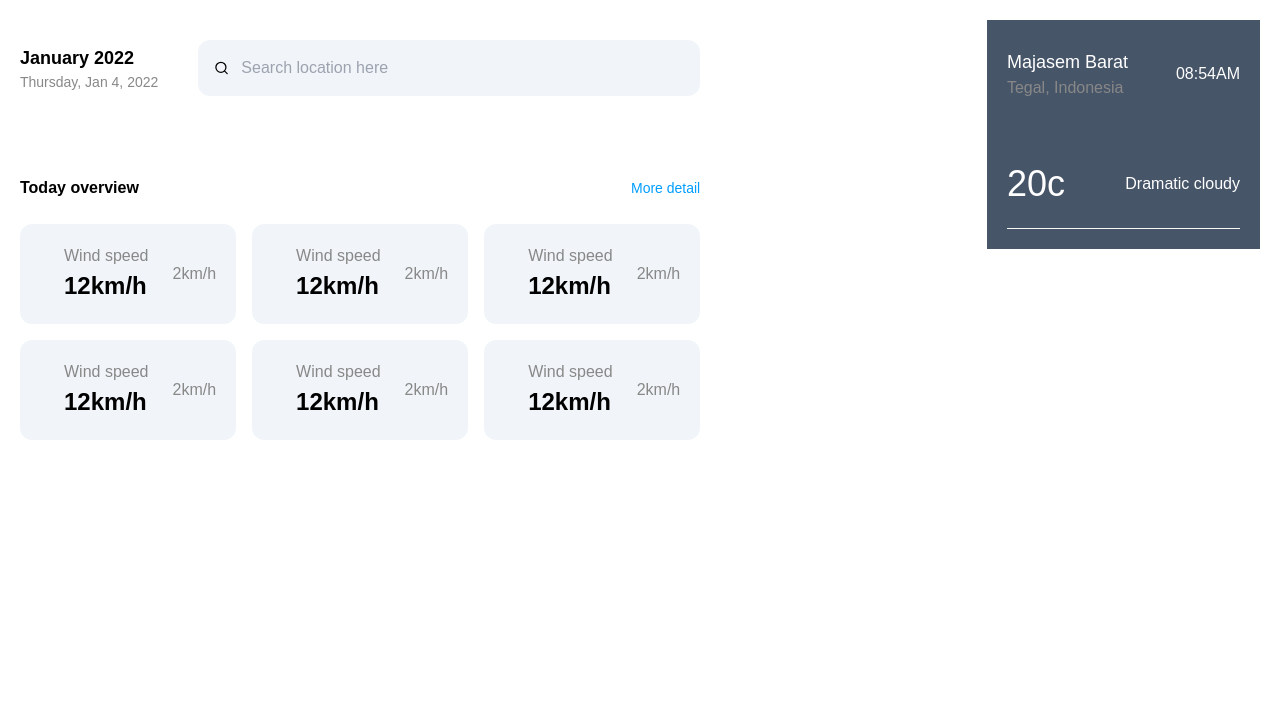
Repository: theweirdboiz/datawarehouse-ui
Page: /
The author's editor kept a copy of each file at every save. The page is drawn from the files as they stood at one save, then again after the next save.
The browser window is 1280 px wide. The pictures show the whole page.
The project was rebuilt for these pictures with package versions that can differ from the ones it lists, and the page was loaded fresh each time. Also part of the build but not shown: vite.config.js.

Above is the page before, as saved 2022-11-23 18:07:17.

### index.html
<!DOCTYPE html>
<html lang="en">
  <head>
    <meta charset="UTF-8" />
    <link rel="icon" type="image/svg+xml" href="/vite.svg" />
    <meta name="viewport" content="width=device-width, initial-scale=1.0" />
    <title>Weather - Datawarehouse</title>
  </head>
  <body>
    <div id="root"></div>
    <script type="module" src="/src/main.jsx"></script>
  </body>
</html>

### src/App.jsx
import { useState } from "react";
import { FiSearch } from "react-icons/fi";

function App() {
  const date = "font-[900] text-lg";
  const detailDate = "text-sm text-[#888]";

  const contentTop = "mt-[20px] flex items-center gap-x-10 mb-20";
  const contentSearch =
    "content__search p-4 flex items-center gap-x-3 flex-1 rounded-xl bg-slate-100";

  return (
    <div className="p-5 mx-auto max-w-7xl">
      <div className="flex justify-between">
        <section className="content max-w-3xl">
          <div className={contentTop}>
            <div className="flex-col">
              <h3 className={date}>January 2022</h3>
              <div className={detailDate}>Thursday, Jan 4, 2022</div>
            </div>
            <div className={contentSearch}>
              <FiSearch />
              <input
                className="w-full bg-transparent"
                type="text"
                placeholder="Search location here"
              />
            </div>
          </div>
          <div className="content__detail">
            <div className="flex items-center justify-between">
              <h4 className="font-semibold">Today overview</h4>
              <div className="">
                <button className="text-sm font-medium text-[#009EFF]">
                  More detail
                </button>
              </div>
            </div>
            <div>
              <div className="content__detail-box grid grid-cols-3 gap-4 mt-6">
                <div className="content__detail-item p-5 flex items-center gap-x-6 bg-slate-100 rounded-xl">
                  <i></i>
                  <div className="speed flex flex-col">
                    <h4 className="text-[#888]">Wind speed</h4>
                    <span className="text-[24px] font-semibold">12km/h</span>
                  </div>
                  <span className="text-[#888]">2km/h</span>
                </div>
                <div className="content__detail-item p-5 flex items-center gap-x-6 bg-slate-100 rounded-xl">
                  <i></i>
                  <div className="speed flex flex-col">
                    <h4 className="text-[#888]">Wind speed</h4>
                    <span className="text-[24px] font-semibold">12km/h</span>
                  </div>
                  <span className="text-[#888]">2km/h</span>
                </div>
                <div className="content__detail-item p-5 flex items-center gap-x-6 bg-slate-100 rounded-xl">
                  <i></i>
                  <div className="speed flex flex-col">
                    <h4 className="text-[#888]">Wind speed</h4>
                    <span className="text-[24px] font-semibold">12km/h</span>
                  </div>
                  <span className="text-[#888]">2km/h</span>
                </div>
                <div className="content__detail-item p-5 flex items-center gap-x-6 bg-slate-100 rounded-xl">
                  <i></i>
                  <div className="speed flex flex-col">
                    <h4 className="text-[#888]">Wind speed</h4>
                    <span className="text-[24px] font-semibold">12km/h</span>
                  </div>
                  <span className="text-[#888]">2km/h</span>
                </div>
                <div className="content__detail-item p-5 flex items-center gap-x-6 bg-slate-100 rounded-xl">
                  <i></i>
                  <div className="speed flex flex-col">
                    <h4 className="text-[#888]">Wind speed</h4>
                    <span className="text-[24px] font-semibold">12km/h</span>
                  </div>
                  <span className="text-[#888]">2km/h</span>
                </div>
                <div className="content__detail-item p-5 flex items-center gap-x-6 bg-slate-100 rounded-xl">
                  <i></i>
                  <div className="speed flex flex-col">
                    <h4 className="text-[#888]">Wind speed</h4>
                    <span className="text-[24px] font-semibold">12km/h</span>
                  </div>
                  <span className="text-[#888]">2km/h</span>
                </div>
              </div>
            </div>
          </div>
        </section>
        <section className="content__right text-white">
          <div className="bg-slate-600 p-5">
            <div className="flex items-center gap-x-12 justify-between mt-2 mb-5 ">
              <div className="flex flex-col">
                <h3 className="text-lg">Majasem Barat</h3>
                <span className="text-[#888]">Tegal, Indonesia</span>
              </div>
              <h4>08:54AM</h4>
            </div>
            <div className="mt-16 flex justify-between items-center border-b-[1px] border-[#f8f8f8] pb-6">
              <div className="">
                <h2 className="text-4xl">20c</h2>
              </div>
              <h3>Dramatic cloudy</h3>
            </div>
          </div>
        </section>
      </div>
    </div>
  );
}

export default App;

### src/index.scss
@tailwind base;
@tailwind components;
@tailwind utilities;

@layer base {
  @import url("https://fonts.googleapis.com/css2?family=Poppins:wght@300;500;600;900&display=swap");

  *,
  *::before,
  *::after {
    box-sizing: border-box;
  }
  * {
    margin: 0;
    padding: 0;
  }
  body {
    line-height: 1.5;
    font-family: "Poppins", sans-serif;
  }
  img,
  picture,
  video,
  canvas,
  svg {
    display: block;
    max-width: 100%;
  }
  input,
  button,
  textarea,
  select {
    outline: none;
  }
  p,
  h1,
  h2,
  h3,
  h4,
  h5,
  h6 {
    overflow-wrap: break-word;
  }
}

Loaded but not shown: src/main.jsx (common file); tailwind.config.cjs (common file)

After the next save:
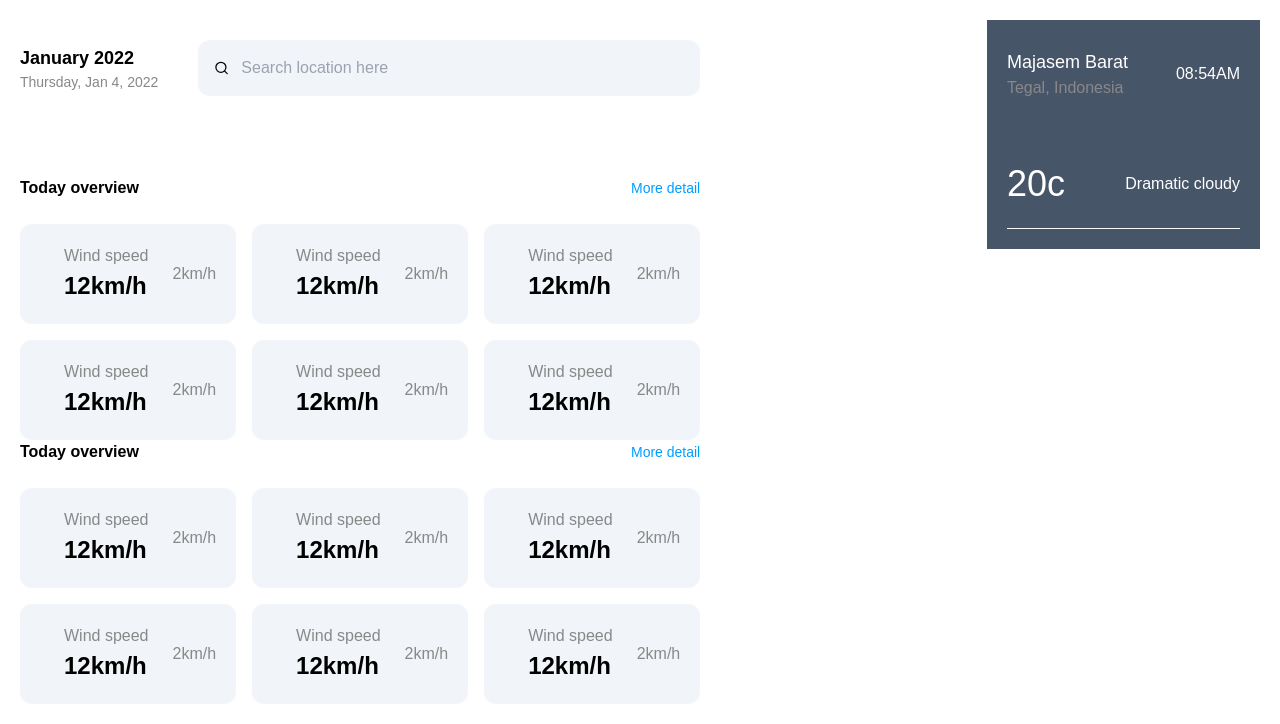
Saved 7 min 27 s later.
--- a/src/App.jsx
+++ b/src/App.jsx
@@ -89,6 +89,68 @@ function App() {
               </div>
             </div>
           </div>
+          <div className="content__detail">
+            <div className="flex items-center justify-between">
+              <h4 className="font-semibold">Today overview</h4>
+              <div className="">
+                <button className="text-sm font-medium text-[#009EFF]">
+                  More detail
+                </button>
+              </div>
+            </div>
+            <div>
+              <div className="content__detail-box grid grid-cols-3 gap-4 mt-6">
+                <div className="content__detail-item p-5 flex items-center gap-x-6 bg-slate-100 rounded-xl">
+                  <i></i>
+                  <div className="speed flex flex-col">
+                    <h4 className="text-[#888]">Wind speed</h4>
+                    <span className="text-[24px] font-semibold">12km/h</span>
+                  </div>
+                  <span className="text-[#888]">2km/h</span>
+                </div>
+                <div className="content__detail-item p-5 flex items-center gap-x-6 bg-slate-100 rounded-xl">
+                  <i></i>
+                  <div className="speed flex flex-col">
+                    <h4 className="text-[#888]">Wind speed</h4>
+                    <span className="text-[24px] font-semibold">12km/h</span>
+                  </div>
+                  <span className="text-[#888]">2km/h</span>
+                </div>
+                <div className="content__detail-item p-5 flex items-center gap-x-6 bg-slate-100 rounded-xl">
+                  <i></i>
+                  <div className="speed flex flex-col">
+                    <h4 className="text-[#888]">Wind speed</h4>
+                    <span className="text-[24px] font-semibold">12km/h</span>
+                  </div>
+                  <span className="text-[#888]">2km/h</span>
+                </div>
+                <div className="content__detail-item p-5 flex items-center gap-x-6 bg-slate-100 rounded-xl">
+                  <i></i>
+                  <div className="speed flex flex-col">
+                    <h4 className="text-[#888]">Wind speed</h4>
+                    <span className="text-[24px] font-semibold">12km/h</span>
+                  </div>
+                  <span className="text-[#888]">2km/h</span>
+                </div>
+                <div className="content__detail-item p-5 flex items-center gap-x-6 bg-slate-100 rounded-xl">
+                  <i></i>
+                  <div className="speed flex flex-col">
+                    <h4 className="text-[#888]">Wind speed</h4>
+                    <span className="text-[24px] font-semibold">12km/h</span>
+                  </div>
+                  <span className="text-[#888]">2km/h</span>
+                </div>
+                <div className="content__detail-item p-5 flex items-center gap-x-6 bg-slate-100 rounded-xl">
+                  <i></i>
+                  <div className="speed flex flex-col">
+                    <h4 className="text-[#888]">Wind speed</h4>
+                    <span className="text-[24px] font-semibold">12km/h</span>
+                  </div>
+                  <span className="text-[#888]">2km/h</span>
+                </div>
+              </div>
+            </div>
+          </div>
         </section>
         <section className="content__right text-white">
           <div className="bg-slate-600 p-5">
